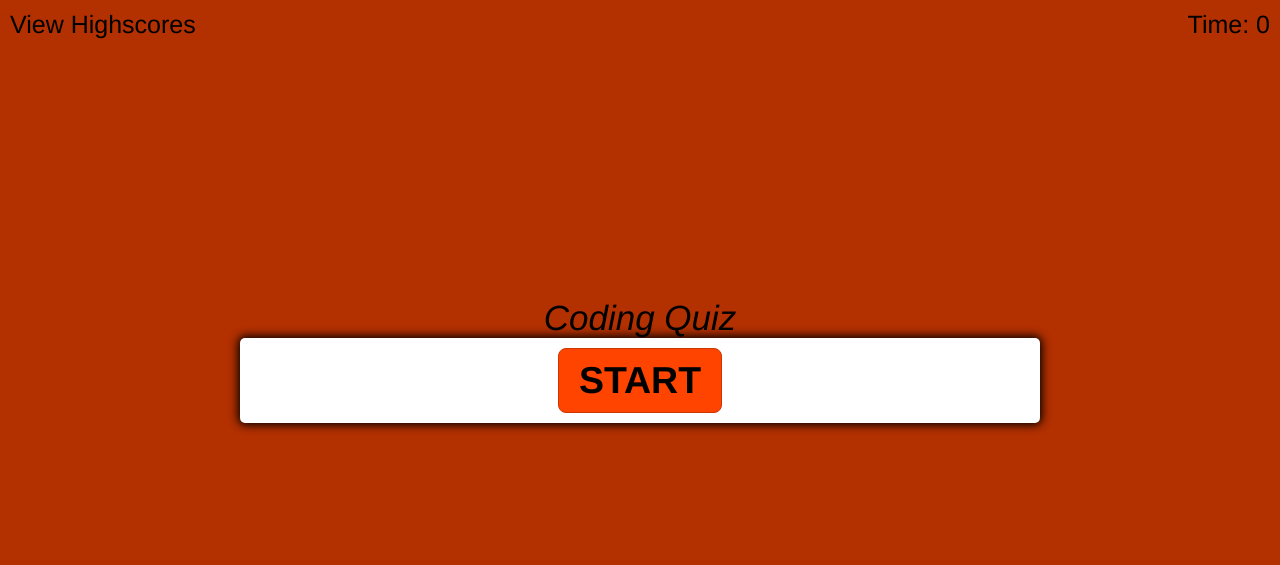
Repository: Vshepard879/Code-Quiz
Page: index.html
The author's editor kept a copy of each file at every save. The page is drawn from the files as they stood at one save, then again after the next save.
The browser window is 1280 px wide. The pictures show the whole page.

Above is the page before, as saved 2022-03-18 20:40:07.

After the next save:
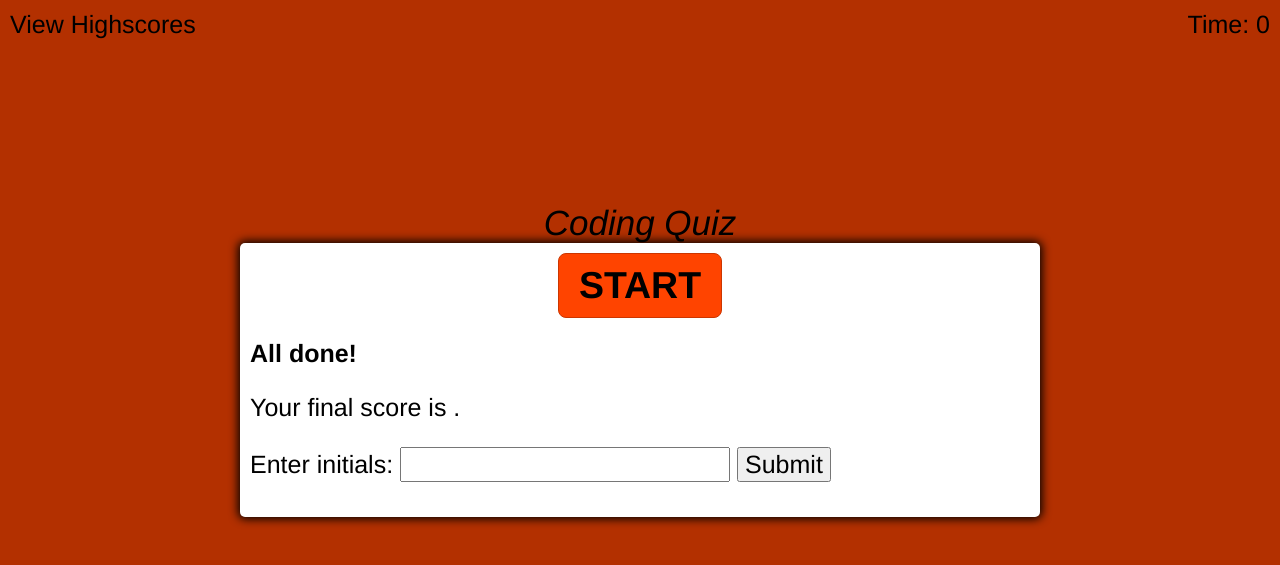
Saved 63 s later.
--- a/index.html
+++ b/index.html
@@ -31,7 +31,7 @@
             <button id="next-btn" class="next-btn btn hide">Next</button>
         </div>
 
-        <div id="end-screen" class="hide">
+        <div id="end-screen">
             <h2>All done!</h2>
             <p>Your final score is <span id="final-score"></span>.</p>
             <p>

After the save that followed:
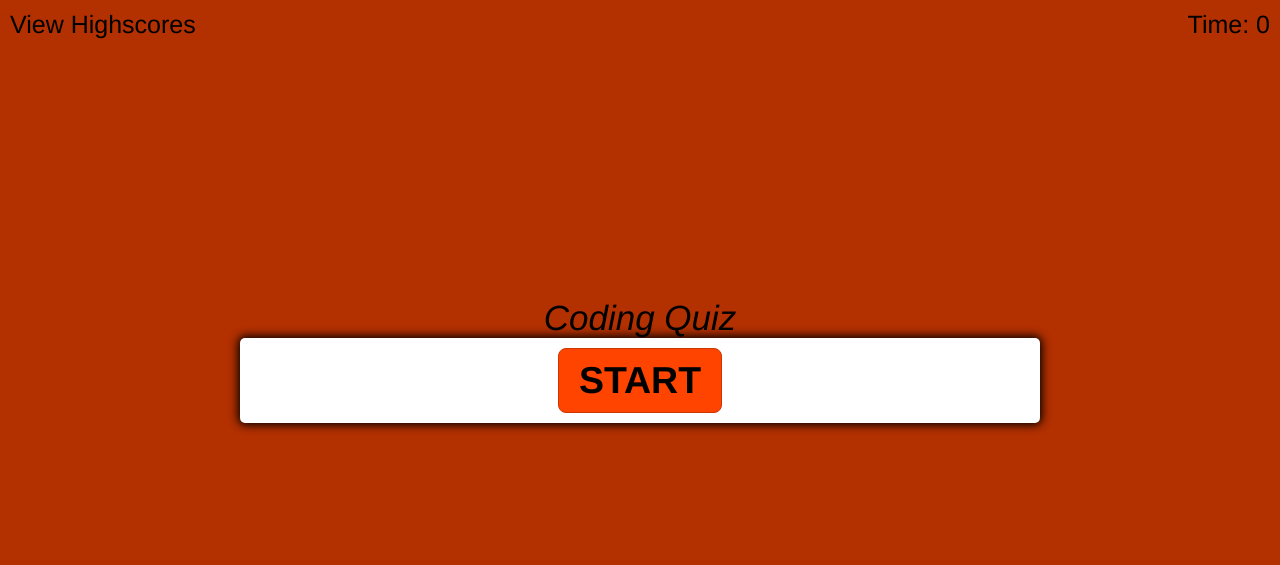
Saved 54 s later.
--- a/index.html
+++ b/index.html
@@ -31,7 +31,7 @@
             <button id="next-btn" class="next-btn btn hide">Next</button>
         </div>
 
-        <div id="end-screen">
+        <div id="end-screen" class="hide">
             <h2>All done!</h2>
             <p>Your final score is <span id="final-score"></span>.</p>
             <p>
